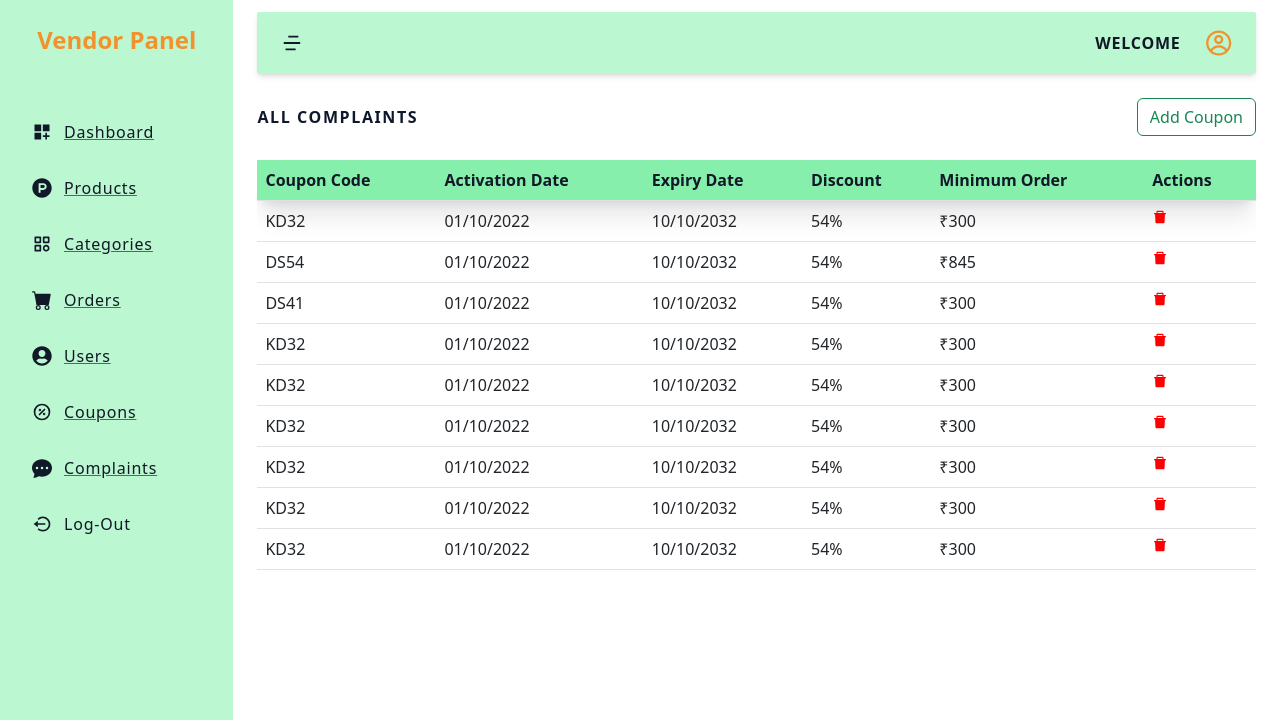
Repository: FlyweisReact/JitenderAdminPanel
Page: /chat
The author's editor kept a copy of each file at every save. The page is drawn from the files as they stood at one save, then again after the next save.
The browser window is 1280 px wide. The pictures show the whole page.
The project was rebuilt for these pictures with package versions that can differ from the ones it lists, and the page was loaded fresh each time. Also part of the build but not shown: src/components/forms/Login.jsx, src/components/pages/Dashboard.jsx, src/components/vendorPanel/components/layout/Navbar.jsx, src/components/vendorPanel/components/layout/Sidebar.jsx, src/components/vendorPanel/components/layout/HOC.jsx, src/components/vendorPanel/components/pages/Message/Message.js, src/components/pages/UserKundli/UserKundli.jsx, src/components/pages/discount/Discount.jsx and 18 more.

Above is the page before, as saved 2022-11-05 17:03:13.

### public/index.html
<!-- @format -->

<!DOCTYPE html>
<html lang="en">
  <head>
    <meta charset="utf-8" />
    <!-- <link rel="icon" href="%PUBLIC_URL%/favicon.png" /> -->
    <meta name="viewport" content="width=device-width, initial-scale=1" />
    <meta name="theme-color" content="#000000" />
    <meta
      name="description"
      content="Web site created using create-react-app"
    />
    <link rel="apple-touch-icon" href="%PUBLIC_URL%/favicon.ico?v=2" />

    <link rel="manifest" href="%PUBLIC_URL%/manifest.json" />

    <title>Astrologers Panel</title>
  </head>
  <body>
    <noscript>You need to enable JavaScript to run this app.</noscript>
    <div id="root"></div>
    <script src="https://code.jquery.com/jquery-3.6.0.min.js"></script>
  </body>
</html>

### src/index.js
import React from "react";
import ReactDOM from "react-dom/client";
import "./index.css";
import App from "./App";
import { BrowserRouter } from "react-router-dom";
import 'bootstrap/dist/css/bootstrap.min.css'

const root = ReactDOM.createRoot(document.getElementById("root"));
root.render(
  <React.StrictMode>
    <BrowserRouter>
      <App />
    </BrowserRouter>
  </React.StrictMode>
);

### src/index.css
/** @format */

@tailwind base;
@tailwind components;
@tailwind utilities;

body {
  margin: 0;
  font-family: -apple-system, BlinkMacSystemFont, "Segoe UI", "Roboto", "Oxygen",
    "Ubuntu", "Cantarell", "Fira Sans", "Droid Sans", "Helvetica Neue",
    sans-serif;
  -webkit-font-smoothing: antialiased;
  -moz-osx-font-smoothing: grayscale;
}

code {
  font-family: source-code-pro, Menlo, Monaco, Consolas, "Courier New",
    monospace;
}

/* Wcomponents */
.wcomp::-webkit-scrollbar {
  width: 0px;
}
::-webkit-scrollbar {
  width: 0px;
}
::-webkit-scrollbar-track {
  background: #696f78;
}
/* Handle */
::-webkit-scrollbar-thumb {
  background: #b4b8bf;
}

.main-card--container {
  display: grid;
  grid-template-columns: repeat(3, minmax(300px, 500px));
  grid-gap: 50px;
  justify-content: space-around;
}
.card-container {
  margin: 25px 0 auto;

  position: relative;
  display: grid;
  grid-template-columns: 1fr;
  justify-content: space-around;
  align-items: flex-start;
}

.img-thumbnail {
  width: 80px;
}
.img-large {
  max-width: 80%;
}

### src/App.js
/** @format */

import { Routes, Route, Link } from "react-router-dom";
import Login from "./components/forms/Login";
import Dashboard from "./components/pages/Dashboard";
import { ToastContainer } from "react-toastify";
import MSG from './components/vendorPanel/components/pages/Message/Message'
import "react-toastify/dist/ReactToastify.css";
import UserKundli from "./components/pages/UserKundli/UserKundli";
import Discount from "./components/pages/discount/Discount";
import Chat from "./components/pages/reactChat/Chat";
import Horoscope from "./components/pages/horoScope/Horoscope";
import Specification from "./components/pages/SpecificationPage/Specification";
import VendorLogin from "./components/vendorPanel/components/forms/VendorLogin";
import VendorDashboard from "./components/vendorPanel/components/pages/VendorDashboard";
import Fedd from "./components/pages/FeedBack/Fedd";
import Astrologers from "./components/vendorPanel/components/pages/Astrologer/Astrologers";
import Users from "./components/vendorPanel/components/pages/Users/Users";
import Kundli from "./components/vendorPanel/components/pages/Kundli/Kundli";
import AdminHoro from "./components/vendorPanel/components/pages/Horoscope/Horoscope";
import Forgot from "./components/vendorPanel/components/forms/Forgot";
import ResetPassword from "./components/vendorPanel/components/forms/ResetPassword";
import Changepassword from "./components/vendorPanel/components/forms/Changepassword";
import TimeSlots from "./components/pages/TimeSlots/TimeSlots";
import Documents from "./components/pages/Documents/Documents";
import Banner from "./components/pages/Banner/Banner";
import Notify from "./components/pages/Notifications/Notify";
import Booking from "./components/vendorPanel/components/pages/Booking/Booking";
import ProductDetail from "./components/pages/FeedBack/ProductDetail";

function App() {
  return (
    <>
      <ToastContainer />


      <Routes>
        <Route path="/" element={<Login />} />
        <Route path="/dashboard" element={<Dashboard />} />
        <Route path="/userkundli" element={<UserKundli />} />
        <Route path="/discount" element={<Discount />} />
        <Route path="/horoscope" element={<Horoscope />} />
        <Route path="/specification" element={<Specification />} />
        <Route path="/chat" element={<Chat />} />
        <Route path="feedback" element={<Fedd />} />
        <Route path="/time" element={<TimeSlots />} />
        <Route path="/document" element={<Documents />} />
        <Route path="/ban" element={<Banner />} />
        <Route path='/not' element={<Notify />} />
        <Route path="/viewProduct" element={<ProductDetail />} />
        {/* Admin Panel */}
        <Route path="/vendorLogin" element={<VendorLogin />} />
        <Route path="/otp" element={<Forgot />} />
        <Route path="/book" element={<Booking />} />
        <Route path='/msg' element={ <MSG /> } />
        <Route path="/resetPass" element={<ResetPassword />} />
        <Route path="/resetPassword" element={<Changepassword />} />
        <Route path="/vendorDashboard" element={<VendorDashboard />} />
        <Route path="/astro" element={<Astrologers />} />
        <Route path="/users" element={<Users />} />
        <Route path="/kundli" element={<Kundli />} />
        <Route path="/horo" element={<AdminHoro />} />
      </Routes>
    </>
  );
}

export default App;

### src/components/pages/reactChat/Chat.js
/** @format */

import React, { useEffect, useState } from "react";
import { IoMdClose } from "react-icons/io";
import { AiFillEdit, AiFillDelete, AiFillEye } from "react-icons/ai";
import HOC from "../../layout/HOC";
import axios from "axios";
import { toast } from "react-toastify";
import Table from "react-bootstrap/Table";
import { useNavigate } from "react-router-dom";
import Button from "react-bootstrap/Button";
import Modal from "react-bootstrap/Modal";
import Form from "react-bootstrap/Form";

const products = [
  {
    code: "KD32",
    ActivationDate: "01/10/2022",
    Expirydate: "10/10/2032",
    discount: "54",
    minOrder: "300",
  },
  {
    code: "DS54",
    ActivationDate: "01/10/2022",
    Expirydate: "10/10/2032",
    discount: "54",
    minOrder: "845",
  },
  {
    code: "DS41",
    ActivationDate: "01/10/2022",
    Expirydate: "10/10/2032",
    discount: "54",
    minOrder: "300",
  },

  {
    code: "KD32",
    ActivationDate: "01/10/2022",
    Expirydate: "10/10/2032",
    discount: "54",
    minOrder: "300",
  },
  {
    code: "KD32",
    ActivationDate: "01/10/2022",
    Expirydate: "10/10/2032",
    discount: "54",
    minOrder: "300",
  },
  {
    code: "KD32",
    ActivationDate: "01/10/2022",
    Expirydate: "10/10/2032",
    discount: "54",
    minOrder: "300",
  },

  {
    code: "KD32",
    ActivationDate: "01/10/2022",
    Expirydate: "10/10/2032",
    discount: "54",
    minOrder: "300",
  },
  {
    code: "KD32",
    ActivationDate: "01/10/2022",
    Expirydate: "10/10/2032",
    discount: "54",
    minOrder: "300",
  },
  {
    code: "KD32",
    ActivationDate: "01/10/2022",
    Expirydate: "10/10/2032",
    discount: "54",
    minOrder: "300",
  },
];

// Edit Order Modal ------------------------------------------------------------

function MyVerticallyCenteredModal(props) {
  return (
    <Modal
      {...props}
      size="lg"
      aria-labelledby="contained-modal-title-vcenter"
      centered
    >
      <Modal.Header closeButton>
        <Modal.Title id="contained-modal-title-vcenter">Edit Order</Modal.Title>
      </Modal.Header>
      <Modal.Body>
        <Form>
          <Form.Group className="mb-3" controlId="formBasicPassword">
            <Form.Label>Coupon Code</Form.Label>
            <Form.Control type="text"  />
          </Form.Group>
          <Form.Group className="mb-3" controlId="formBasicPassword">
            <Form.Label>Activation Date</Form.Label>
            <Form.Control type="date"  />
          </Form.Group>
          <Form.Group className="mb-3" controlId="formBasicPassword">
            <Form.Label>Expiry Date</Form.Label>
            <Form.Control type="date"/>
          </Form.Group>
          <Form.Group className="mb-3" controlId="formBasicPassword">
            <Form.Label>Discount</Form.Label>
            <Form.Control type="number" placeholder="90" min={1} />
          </Form.Group>
          <Form.Group className="mb-3" controlId="formBasicPassword">
            <Form.Label>Minimum Order</Form.Label>
            <Form.Control type="number" placeholder="500" min={1} />
          </Form.Group>
          <Button variant="primary" type="submit">
            Submit
          </Button>
        </Form>
      </Modal.Body>
    </Modal>
  );
}

// Edit Order Modal Ends Here ---------------------------------------------------

const Chat = () => {
  const [modalShow, setModalShow] = React.useState(false);

  return (
    <>
      {/* ------------------------------------------------------------- */}

      <MyVerticallyCenteredModal
        show={modalShow}
        onHide={() => setModalShow(false)}
      />

      {/* ------------------------------------------------------------- */}

      <section>
        <div className="pb-4 sticky top-0  w-full flex justify-between items-center bg-white">
          <span className="tracking-widest text-slate-900 font-semibold uppercase ">
            All Complaints
          </span>
          <Button    onClick={() => setModalShow(true)} variant='outline-success'>
            Add Coupon
          </Button>
        </div>

        <div style={{ maxWidth: "100%", overflow: "auto" }}>
          <Table style={{ paddingTop: "5%" }}>
            <thead>
              <tr className=" border-b bg-green-300 shadow-xl text-gray-900">
                <th>Coupon Code</th>
                <th>Activation Date</th>
                <th>Expiry Date</th>
                <th>Discount</th>
                <th>Minimum Order</th>
                <th>Actions</th>
              </tr>
            </thead>
            <tbody>
              {products?.map((i, index) => (
                <tr key={index} style={{ marginTop: "1%" }}>
                  <td>{i.code} </td>
                  <td>{i.ActivationDate} </td>
                  <td>{i.Expirydate} </td>
                  <td>{i.discount}% </td>
                  <td>₹{i.minOrder} </td>
                  <td>
                    <span style={{ display: "flex", gap: "5px" }}>

                      <AiFillDelete color="red" cursor="pointer" />
                    </span>
                  </td>
                </tr>
              ))}
            </tbody>
          </Table>
        </div>
      </section>
    </>
  );
};

export default HOC(Chat);

### src/components/layout/HOC.jsx
import React, { useState } from "react";
import Navbar from "./Navbar";
import Sidebar from "./Sidebar";

const HOC = (Wcomponenet) => {
  return function Component() {
    const [hamb, setHamb] = useState(false);
    return (
      <>
        <section className="flex overflow-x-hidden">
          {/* Sidebar */}
          <div
            className={
              hamb
                ? " absolute top-0 z-30 md:w-auto shadow-md bg-slate-200  w-60 transition-all md:-left-full left duration-150  h-screen  left-0 "
                : " md:w-72 z-30 bg-green-200  shadow-md  md:static absolute top-0 -left-full  h-screen transition-all duration-150 "
            }
          >
            <Sidebar hamb={hamb} setHamb={setHamb} />
          </div>
          {/* Components & Navbar */}
          <div
            className={
              hamb
                ? " transition-all px-4 py-2  bg-white duration-150 w-full h-screen"
                : " w-full h-screen  px-4 py-2  bg-white z-50 transition-all duration-150 "
            }
          >
            <Navbar hamb={hamb} setHamb={setHamb} />
            <div className="my-6 text-white h-[87%] wcomp overflow-y-auto">
              <Wcomponenet />
            </div>
          </div>
        </section>
      </>
    );
  };
};

export default HOC;

### src/components/layout/Navbar.jsx
import { RiMenu4Line } from "react-icons/ri";
import { useNavigate } from "react-router-dom";
import { toast } from "react-toastify";
import { CgProfile } from "react-icons/cg";
import { IoMdClose, IoMdNotifications } from "react-icons/io";
import { useState } from "react";
import Button from "react-bootstrap/Button";
import Modal from "react-bootstrap/Modal";
import Container from "react-bootstrap/Container";
import Form from "react-bootstrap/Form";


function MyVerticallyCenteredModal(props) {
  return (
    <Modal
      {...props}
      size="lg"
      aria-labelledby="contained-modal-title-vcenter"
      centered
    >
      <Modal.Header closeButton>
        <Modal.Title id="contained-modal-title-vcenter">
          Edit Profile
        </Modal.Title>
      </Modal.Header>
      <Modal.Body>
        <Container style={{ width: "600px" }}>
          <Form>
            <Form.Group className="mb-3" controlId="formBasicEmail">
              <Form.Label>Name</Form.Label>
              <Form.Control type="text" placeholder="Admin" />
            </Form.Group>
            <Form.Group className="mb-3" controlId="formBasicPassword">
              <Form.Label>Email Address</Form.Label>
              <Form.Control type="email" placeholder="vendor@gmail.com" />
            </Form.Group>
            <Form.Group className="mb-3" controlId="formBasicPassword">
              <Form.Label>Password</Form.Label>
              <Form.Control type="password" placeholder="Password" />
            </Form.Group>
            <Form.Group className="mb-3" controlId="formBasicPassword">
              <Form.Label>Profile Image</Form.Label>
              <Form.Control type="file"/>
            </Form.Group>
            <Button variant="outline-success" type="submit">
              Edit
            </Button>
          </Form>
        </Container>
      </Modal.Body>

    </Modal>
  );
}



const Navbar = ({ hamb, setHamb }) => {
  const [modalShow, setModalShow] = useState(false);



  return (
    <>

      <MyVerticallyCenteredModal
        show={modalShow}
        onHide={() => setModalShow(false)}
      />

      <div
        className={
          hamb
            ? "flex  w-full justify-between  my-1 rounded-sm  p-4 py-3 shadow-md items-center  bg-green-200 space-x-4"
            : "flex  w-full justify-between my-1 rounded-sm  p-4 py-3 shadow-md items-center  bg-green-200 space-x-4"
        }
      >
        <RiMenu4Line
          onClick={() => setHamb(!hamb)}
          className="text-2xl font-bold text-gray-900 hover:scale-90 cursor-pointer"
        />

        {/* Profile */}
        <section className="flex sm:ml-auto justify-end sm:w-full items-center space-x-2  pr-2">
          <span className="cursor-pointer text-2xl">
            {/* <IoMdNotifications /> */}
          </span>
          <figcaption className="tracking-wider pl-1 font-semibold">
            {" "}
            <div className="lg:text-base text-sm text-gray-900  uppercase">
              Welcome
            </div>
          </figcaption>
        </section>
        <CgProfile
          onClick={() => setModalShow(true)}
          className="text-2xl sm:text-3xl font-bold text-[rgb(241,146,46)] cursor-pointer"
        />

      </div>
    </>
  );
};

export default Navbar;

### src/components/layout/Sidebar.jsx
/** @format */

import React from "react";
import { RiCloseLine } from "react-icons/ri";
import { Link, useNavigate } from "react-router-dom";
import { BsFillChatDotsFill } from "react-icons/bs";
import { MdOutlineHighQuality  ,MdCircleNotifications} from "react-icons/md";
import { BiTable } from "react-icons/bi";
import { BiLogOutCircle , BiCategory } from "react-icons/bi";
import { TbDiscount } from "react-icons/tb";
import { FaProductHunt  ,FaUserCircle } from "react-icons/fa";
import {IoIosTime ,IoMdImages} from 'react-icons/io'
import {GrDocumentPdf} from 'react-icons/gr'
import {BsFillCartFill} from 'react-icons/bs'

import { MdDashboardCustomize } from "react-icons/md";
import { toast } from "react-toastify";

const Sidebar = ({ hamb, setHamb }) => {
  const navigate = useNavigate();

  const nav = [
    {
      icon: <MdDashboardCustomize className="text-xl mr-3" />,
      link: "/dashboard",
      name: "Dashboard",
    },
    {
      icon: <FaProductHunt className="text-xl mr-3" />,
      link: "/feedback",
      name: "Products",
    },
    {
      icon: <BiCategory className="text-xl mr-3" />,
      link: "/userkundli",
      name: "Categories",
    },
    {
      icon: <BsFillCartFill className="text-xl mr-3" />,
      link: "/time",
      name: "Orders",
    },
    {
      icon: <FaUserCircle className="text-xl mr-3" />,
      link: "/document",
      name: "Users",
    },
    {
      icon: <TbDiscount className="text-xl mr-3" />,
      link: "/discount",
      name: "Coupons",
    },
    {
      icon: <BsFillChatDotsFill className="text-xl mr-3" />,
      link: "/chat",
      name: "Complaints",
    },
  ];

  const logOut = () => {
    navigate("/");
    toast.success("Log -Out Successfull");
  };
  return (
    <>
      <aside className="p-4 bg-green-200">
        {/* Top */}
        <div className="w-full md:hidden relative  p-2 mb-4">
          <RiCloseLine
            onClick={() => setHamb(!hamb)}
            className="text-3xl  absolute top-2 sm:hover:rotate-[228deg] transition-transform font-bold right-2 sm:hover:text-[22px] text-[rgb(241,146,46)] cursor-pointer"
          />
        </div>
        {/* Logo */}
        <figure className="flex  flex-col items-center">
          <span className="font-bold text-[rgb(241,146,46)] text-2xl">
            Vendor Panel
            {/* <img src={image} className="h-24" /> */}
          </span>
        </figure>
        {/* Nav-menu */}
        <nav className="py-6">
          {nav.map((nav) => {
            return (
              <Link to={nav.link} key={nav.name} className="">
                <span className="flex my-3 items-center cursor-pointer text-gray-900    tracking-wider p-2 rounded-sm">
                  {nav.icon} {nav.name}
                </span>
              </Link>
            );
          })}
          <span
            className="flex my-3 items-center cursor-pointer text-gray-900    tracking-wider p-2 rounded-sm"
            onClick={() => logOut()}
          >
            <BiLogOutCircle className="text-xl mr-3" /> Log-Out
          </span>
        </nav>
      </aside>
    </>
  );
};

export default Sidebar;

Loaded but not shown: tailwind.config.js (common file)

After the next save:
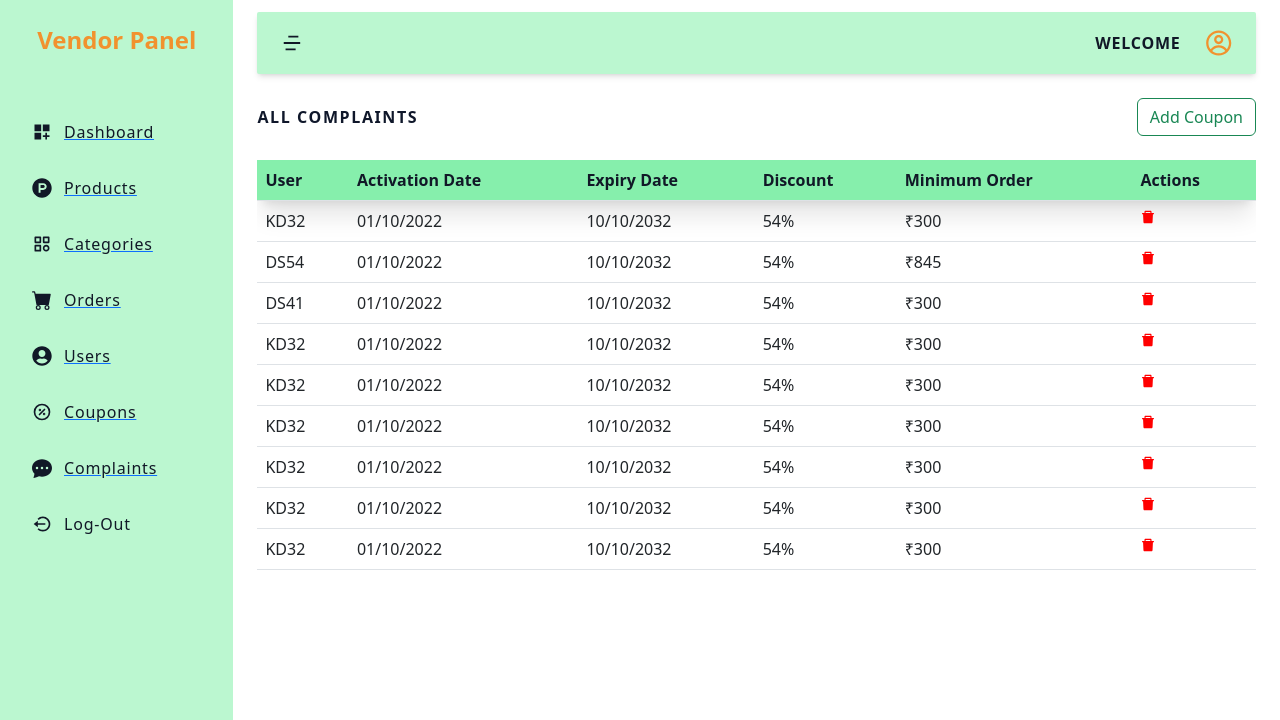
Saved 10 s later.
--- a/src/components/pages/reactChat/Chat.js
+++ b/src/components/pages/reactChat/Chat.js
@@ -154,7 +154,7 @@ const Chat = () => {
           <Table style={{ paddingTop: "5%" }}>
             <thead>
               <tr className=" border-b bg-green-300 shadow-xl text-gray-900">
-                <th>Coupon Code</th>
+                <th>User</th>
                 <th>Activation Date</th>
                 <th>Expiry Date</th>
                 <th>Discount</th>
